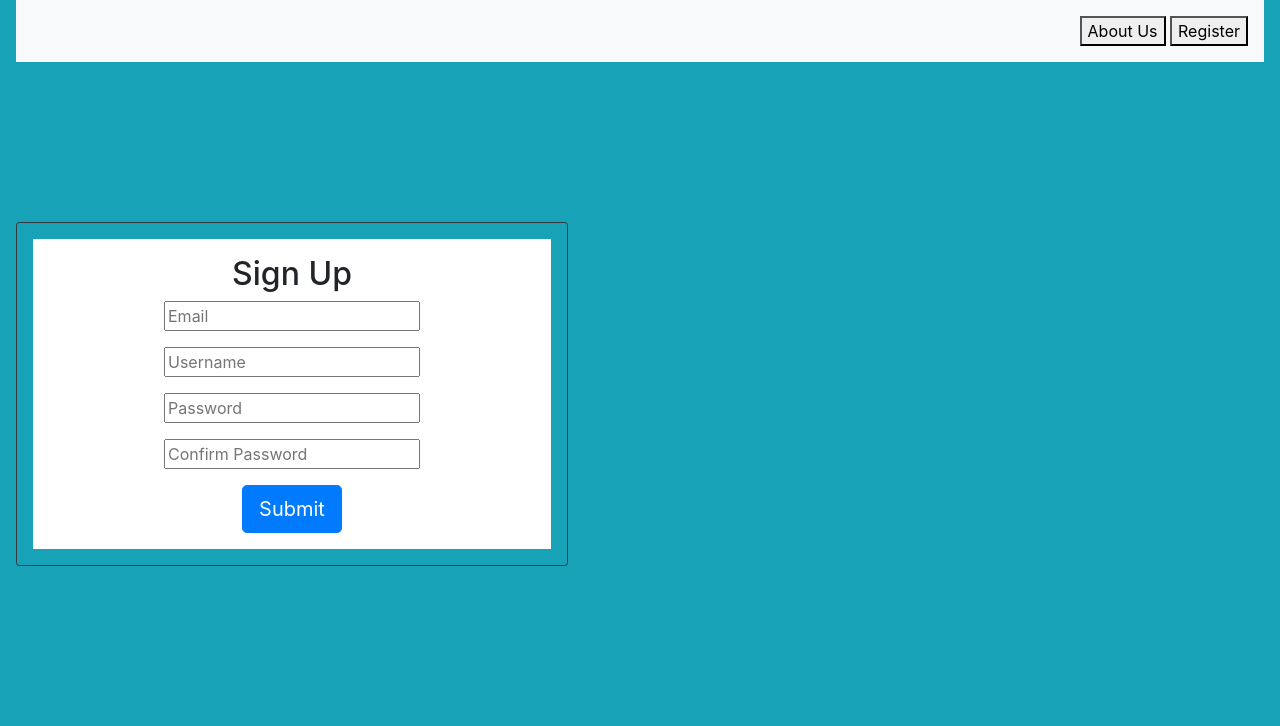
Repository: rodwestmoreland/1150
Page: registrationForm/index.html
The author's editor kept a copy of each file at every save. The page is drawn from the files as they stood at one save, then again after the next save.
The browser window is 1280 px wide. The pictures show the whole page.

Above is the page before, as saved 2021-01-25 15:22:10.

### registrationForm/index.html
<!DOCTYPE html>
<html lang="en">
<head>
    <meta charset="UTF-8">
    <meta name="viewport" content="width=device-width, initial-scale=1.0,  shrink-to-fit=no">
    <title>Registration</title>
    <link rel="stylesheet" href="https://stackpath.bootstrapcdn.com/bootstrap/4.3.1/css/bootstrap.min.css" integrity="sha384-ggOyR0iXCbMQv3Xipma34MD+dH/1fQ784/j6cY/iJTQUOhcWr7x9JvoRxT2MZw1T" crossorigin="anonymous">
    <link rel="stylesheet" href="style.css">

</head>
<nav class="bg-light p-3 ml-3 mr-3 text-right">
    <button>About Us    </button>
    <button>Register    </button>
</nav>
<body class="bg-info">

    <div class="formMOVE justify-content-center align-items-center  ">

    <form class="bg-info text-center border w-50 p-3 border-dark rounded-sm ">

<div class="formFace p-3">

        <h2>Sign Up</h2>

    <div class="form-group">
        <input type="text" id="email"    placeholder="Email">

    </div>

    <div class="form-group">
        <input type="text" id="username" placeholder="Username">

    </div>
    <div class="form-group">

        <input type="text" id="password" placeholder="Password">
    </div>

    <div class="form-group">

        <input type="text" id="confirm"  placeholder="Confirm Password">
    </div>
            <button type="submit" class="btn btn-primary btn-lg" name="Submit">Submit</button>
</div>
</form>
</div>




    <script src="https://code.jquery.com/jquery-3.3.1.slim.min.js" integrity="sha384-q8i/X+965DzO0rT7abK41JStQIAqVgRVzpbzo5smXKp4YfRvH+8abtTE1Pi6jizo" crossorigin="anonymous"></script>
    <script src="https://cdnjs.cloudflare.com/ajax/libs/popper.js/1.14.7/umd/popper.min.js" integrity="sha384-UO2eT0CpHqdSJQ6hJty5KVphtPhzWj9WO1clHTMGa3JDZwrnQq4sF86dIHNDz0W1" crossorigin="anonymous"></script>
    <script src="https://stackpath.bootstrapcdn.com/bootstrap/4.3.1/js/bootstrap.min.js" integrity="sha384-JjSmVgyd0p3pXB1rRibZUAYoIIy6OrQ6VrjIEaFf/nJGzIxFDsf4x0xIM+B07jRM" crossorigin="anonymous"></script>
  </body>
</body>
</html>

### registrationForm/style.css
.formFace {
    padding: 10px 0;
    background-color: #fff;
  }
.formMOVE{
    margin: 10em 10em 10em 1em;
}

After the next save:
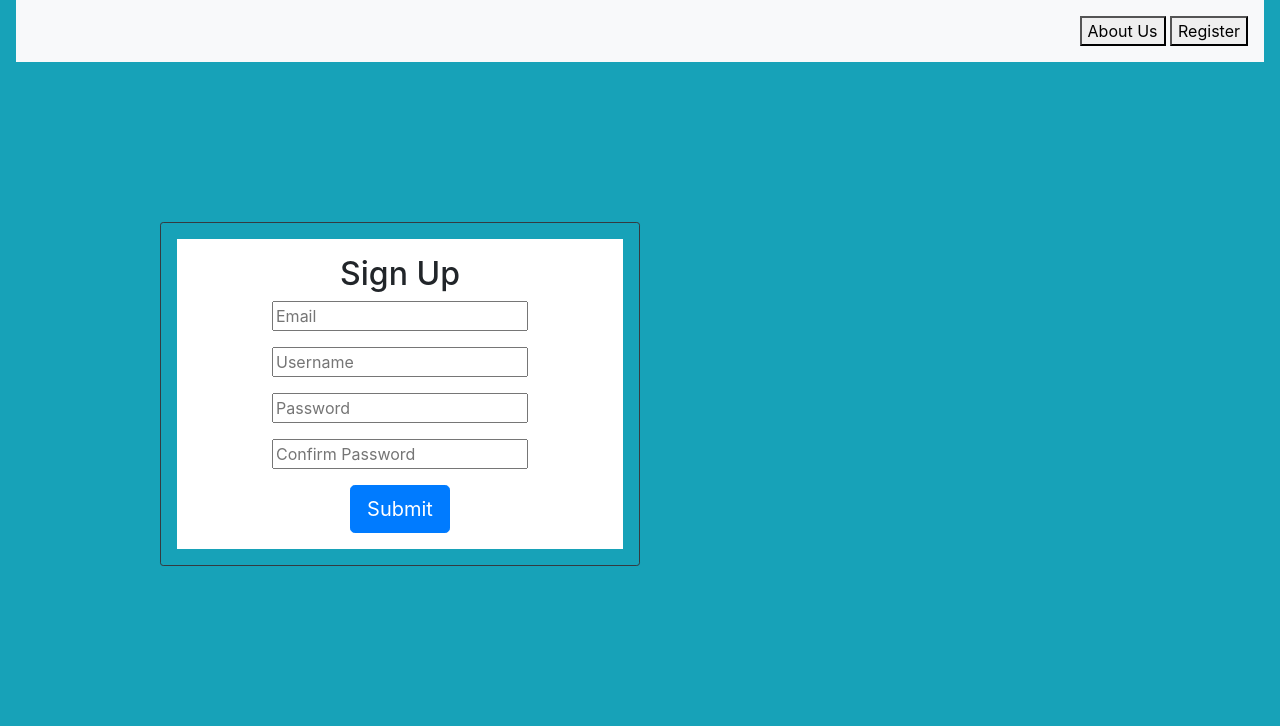
Saved 10 s later.
--- a/registrationForm/style.css
+++ b/registrationForm/style.css
@@ -3,5 +3,5 @@
     background-color: #fff;
   }
 .formMOVE{
-    margin: 10em 10em 10em 1em;
+    margin: 10em 10em 10em 10em;
 }
